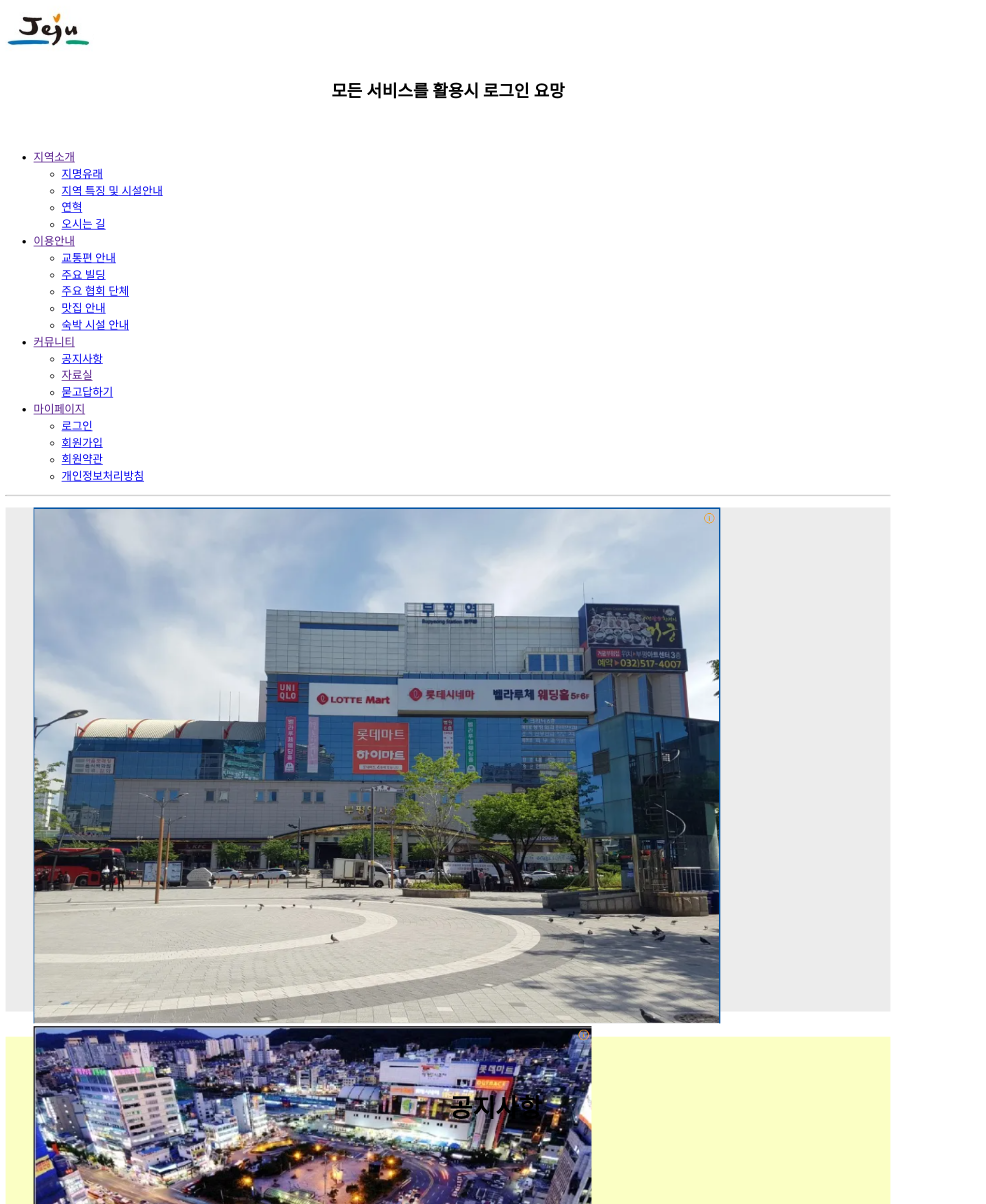
Repository: dlsqja432/Jeju-project
Page: http://localhost/jejudo/
An editor plug-in stored every save of this project. The page is shown before and after the next save, followed by the edit.
The browser window is 1280 px wide. The page is 1408 px wide, so the pictures cover 1408 px, including what lies to the right of the window. The pictures show the part of the page from y = 0 to 1720 px (the page is 3721 px tall before and 3817 px after), at 70% of full size.
The page is served by Tomcat 9.

Above is the page before, as saved 2024-04-16 00:08:23.

After the next save:
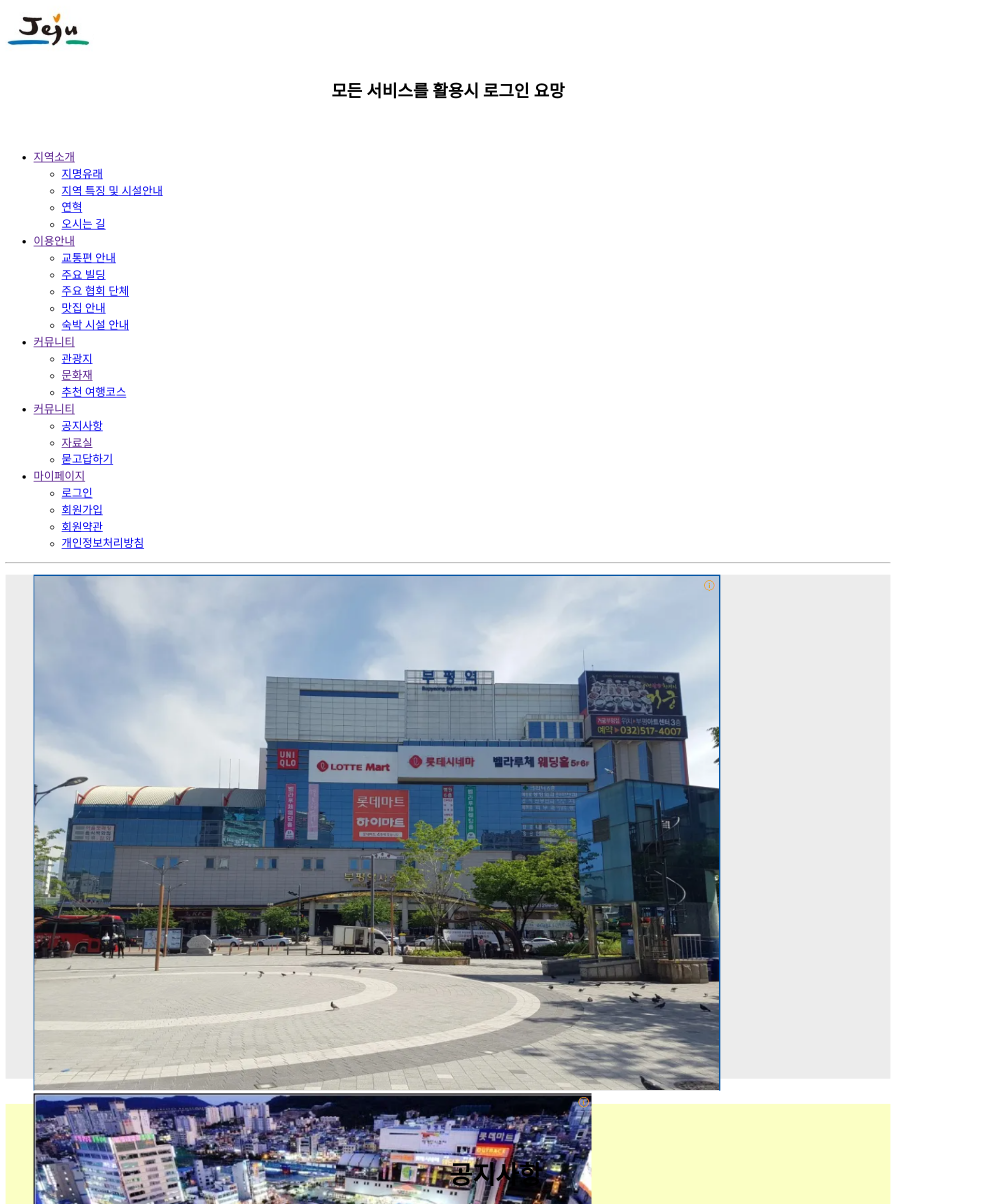
Saved 93 s later.
--- a/jejudo/WebContent/header.jsp
+++ b/jejudo/WebContent/header.jsp
@@ -39,6 +39,14 @@
 			<li class="item">
 				<a href="" class="dp1">커뮤니티</a>
 				<ul class="sub_menu">
+					<li><a href="${hpath }/NotiList.do">관광지</a></li>
+					<li><a href="">문화재</a></li>
+					<li><a href="${hpath }/GetQnaList.do">추천 여행코스</a></li>
+				</ul>
+			</li>
+			<li class="item">
+				<a href="" class="dp1">커뮤니티</a>
+				<ul class="sub_menu">
 					<li><a href="${hpath }/NotiList.do">공지사항</a></li>
 					<li><a href="">자료실</a></li>
 					<li><a href="${hpath }/GetQnaList.do">묻고답하기</a></li>
